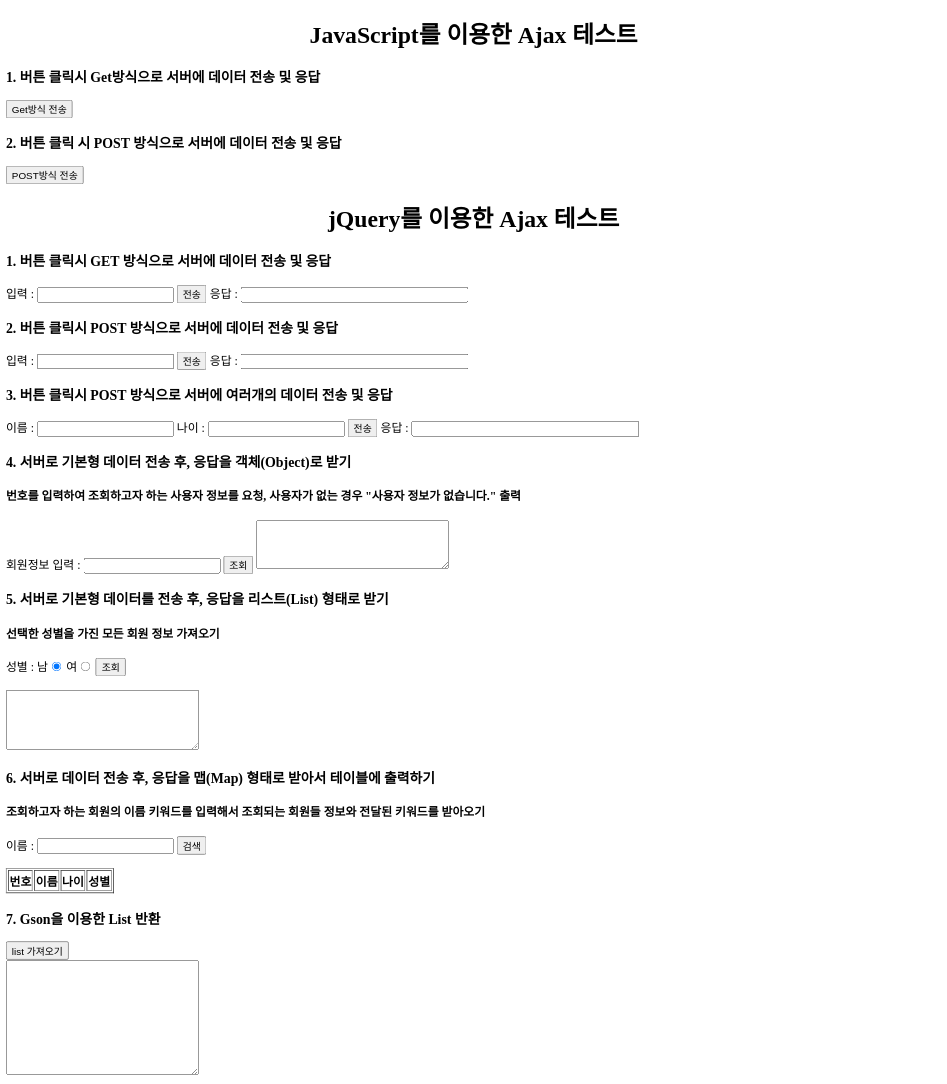
Repository: WOOOOOOOONG/KH_server
Page: http://localhost/ajaxProject/
The author's editor kept a copy of each file at every save. The page is drawn from the files as they stood at one save, then again after the next save.
The browser window is 1280 px wide. The pictures show the whole page, at 74% of full size.
The page is served by Tomcat 9.

Above is the page before, as saved 2019-12-02 12:03:10.
Console error: SyntaxError: missing ) after argument list

After the next save:
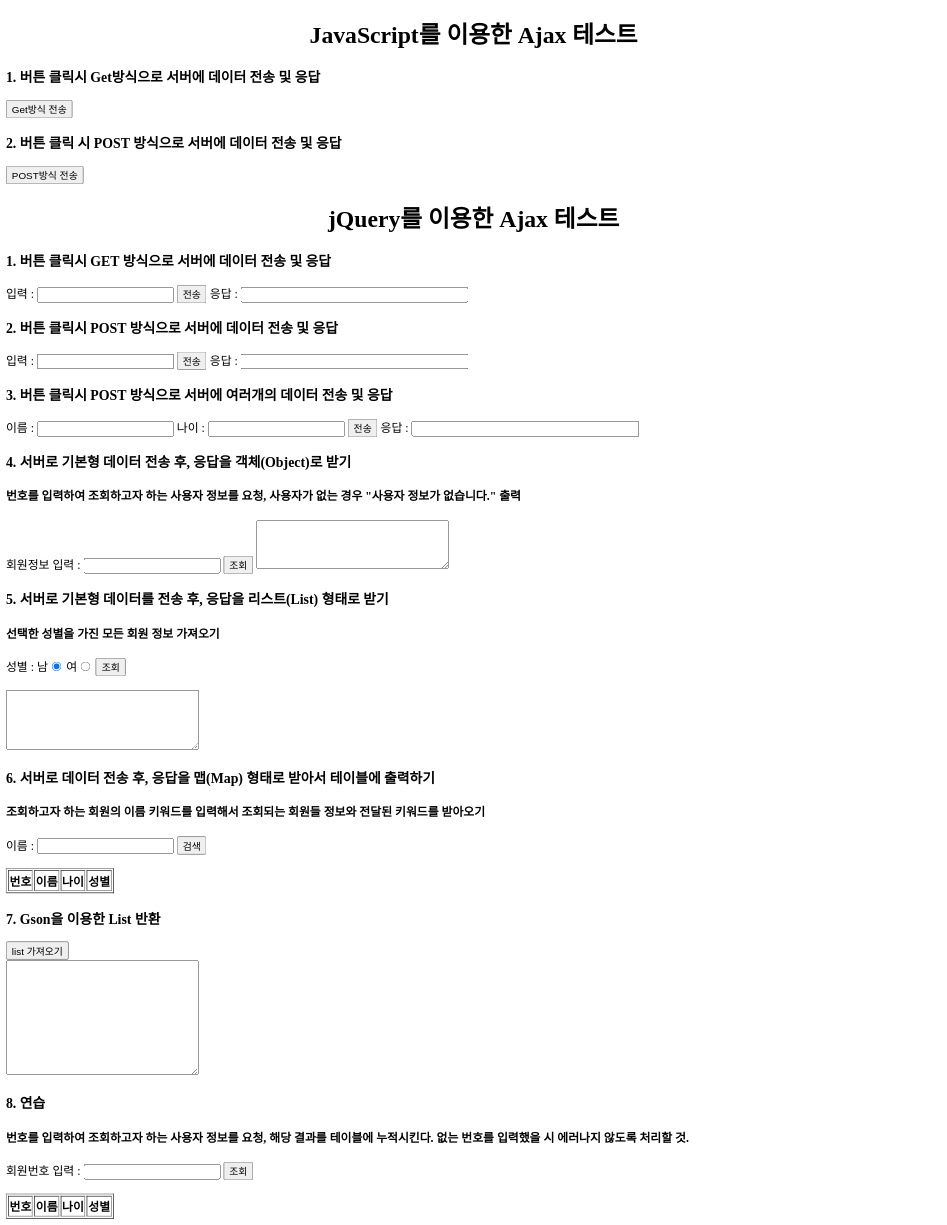
Saved 106 s later.
--- a/실습/ajaxProject/WebContent/index.jsp
+++ b/실습/ajaxProject/WebContent/index.jsp
@@ -393,5 +393,21 @@
 			});
 		});
 	</script>
+
+	<h3>8. 연습</h3>
+	<h4>번호를 입력하여 조회하고자 하는 사용자 정보를 요청, 해당 결과를 테이블에 누적시킨다.
+	없는 번호를 입력했을 시 에러나지 않도록 처리할 것.</h4>
+	회원번호 입력 : <input type="text" id="input8">
+	<button id="btn8">조회</button><br><br>
+
+	<table id="memberTable8" border="1" style="text-align:center">
+		<thead>
+		<tr>
+			<th>번호</th>
+			<th>이름</th>
+			<th>나이</th>
+			<th>성별</th>
+		</tr>
+	</table>
 </body>
 </html>
